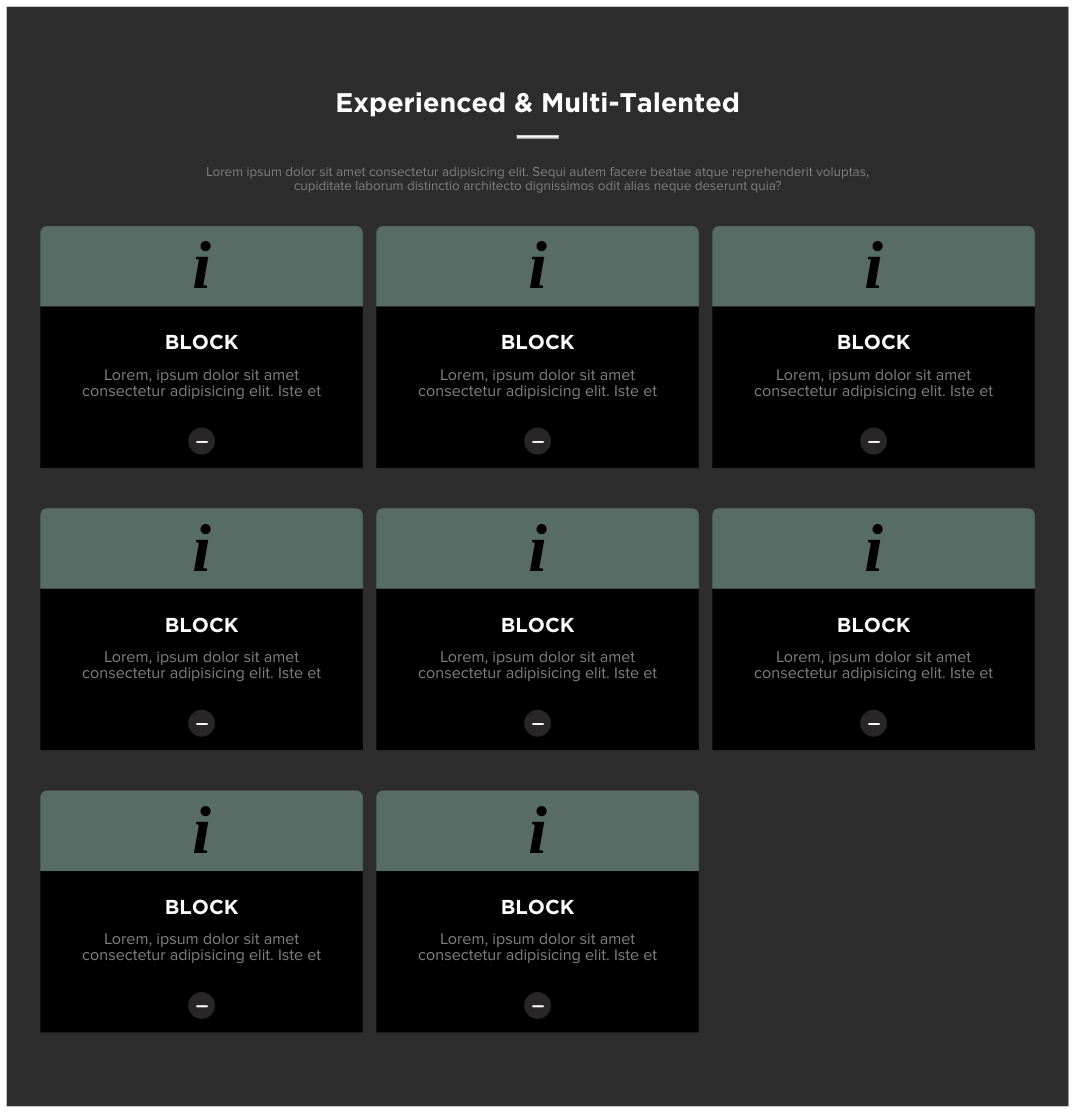
Repository: MohmdMHR/limesharp-test
Page: /
These files come from the project's save history. The page is drawn as it stood at one moment and after the next save; the edit follows.
The browser window is 1280 px wide. The pictures show the whole page, at 84% of full size.
The project was rebuilt for these pictures with package versions that can differ from the ones it lists, and the page was loaded fresh each time. Also part of the build but not shown: vue.config.js.

Above is the page before, as saved 2022-07-20 19:11:13.

### src/main.js
import Vue from "vue";
import Main from "./Main.vue";

Vue.config.productionTip = false;

new Vue({
  render: (h) => h(Main),
}).$mount("#app");

### src/Main.vue
<template>
  <div class="main container">
    <h1 class="main-title">Experienced & Multi-Talented</h1>
    <hr class="spacer" />
    <div class="main-content">
      Lorem ipsum dolor sit amet consectetur adipisicing elit. Sequi autem
      facere beatae atque reprehenderit voluptas, cupiditate laborum distinctio
      architecto dignissimos odit alias neque deserunt quia?
    </div>
    <div class="cards-container">
      <card
        v-for="card in cards"
        :key="card.id"
        :title="card.title"
        :content="card.content"
      ></card>
    </div>
  </div>
</template>

<script>
import Card from "./components/card.vue";
import CardsData from "./dummy/dummyData";

export default {
  name: "App",
  components: {
    Card,
  },
  computed: {
    cards() {
      return CardsData;
    },
  },
};
</script>
<style>
@font-face {
  font-family: "Gotham-Bold";
  src: url("./assets/fonts/Gotham-Bold.ttf");
}
@font-face {
  font-family: "ProximaNova-Regular";
  src: url("./assets/fonts/ProximaNova-Regular.ttf");
}
</style>
<style lang="scss" scoped>
.main {
  padding: 5rem 2rem;
  background-color: rgb(46, 45, 45);
}
.main-title {
  color: white;
  text-align: center;
  font-family: "Gotham-Bold";
  font-size: 2rem;
}
.spacer {
  border-top: solid white;
  width: 3rem;
}
.main-content {
  color: gray;
  text-align: center;
  margin: 1rem 2rem;
  font-family: "ProximaNova-Regular";
  font-size: 1rem;
  width: 50rem;
  margin: 2rem auto;
}
.cards-container {
  display: grid;
  grid-template-columns: repeat(auto-fit, 25rem);
  row-gap: 2rem;
  justify-content: center;
}
</style>

### src/components/card.vue
<template>
  <div>
    <div class="card container">
      <div class="card-banner-img">i</div>
      <div class="card-content">
        <h1 class="card-content-title">{{ title }}</h1>
        <p class="card-content-text" :class="{ collapsed: collapsed }">
          {{ content }}
        </p>
        <div
          class="card-btn"
          :class="{ toggled: collapsed }"
          @click="collapse()"
        ></div>
      </div>
    </div>
  </div>
</template>

<script>
export default {
  name: "SingleCard",
  data() {
    return {
      collapsed: false,
    };
  },
  props: {
    title: {
      type: String,
      Default: "Block",
    },
    content: {
      type: String,
      Default: "",
    },
  },
  methods: {
    collapse() {
      this.collapsed = !this.collapsed;
    },
  },
};
</script>

<style lang="scss" scoped>
.card {
  position: relative;
  margin: 0.5rem;
}
.card-banner-img {
  overflow: hidden;
  background-color: #576c64;
  justify-content: center;
  display: flex;
  align-items: center;
  height: 6rem;
  font-weight: bold;
  font-style: italic;
  font-size: 5rem;
  border-radius: 0.5rem 0.5rem 0 0;
}
.card-content {
  background: black;
  padding: 1rem 2rem;
}
.card-content-title {
  color: white;
  text-transform: uppercase;
  text-align: center;
  font-family: "Gotham-Bold";
  font-size: 1.5rem;
}
.card-content-text {
  color: gray;
  text-align: center;
  height: 2.5rem;
  overflow: hidden;
  margin: 1rem;
  font-family: "ProximaNova-Regular";
  font-size: 1.2rem;
  &.collapsed {
    height: 100%;
    z-index: 1;
  }
}
.card-btn {
  margin: 2rem auto 0;
  cursor: pointer;
  height: 2rem;
  position: relative;
  width: 2rem;
  background: #282626;
  border-radius: 50%;
  &:before,
  &:after {
    background: white;
    top: 1rem;
    left: 0.65rem;
    content: "";
    height: 0.1rem;
    position: absolute;
    width: 0.8rem;
    transition: transform 500ms ease;
  }
  &:after {
    transform-origin: center;
  }
  &.toggled {
    &:after {
      transform: rotate(90deg);
    }
    &:before {
      transform: rotate(180deg);
    }
  }
}
</style>

### src/dummy/dummyData.js
const CardsData = [
  {
    id: 1,
    title: "Block",
    content:
      "Lorem, ipsum dolor sit amet consectetur adipisicing elit. Iste et ullam voluptatibus a molestiae deleniti necessitatibus dolor.",
  },
  {
    id: 2,
    title: "Block",
    content:
      "Lorem, ipsum dolor sit amet consectetur adipisicing elit. Iste et ullam voluptatibus a molestiae deleniti necessitatibus dolor.",
  },
  {
    id: 3,
    title: "Block",
    content:
      "Lorem, ipsum dolor sit amet consectetur adipisicing elit. Iste et ullam voluptatibus a molestiae deleniti necessitatibus dolor.",
  },
  {
    id: 4,
    title: "Block",
    content:
      "Lorem, ipsum dolor sit amet consectetur adipisicing elit. Iste et ullam voluptatibus a molestiae deleniti necessitatibus dolor.",
  },
  {
    id: 5,
    title: "Block",
    content:
      "Lorem, ipsum dolor sit amet consectetur adipisicing elit. Iste et ullam voluptatibus a molestiae deleniti necessitatibus dolor.",
  },
  {
    id: 6,
    title: "Block",
    content:
      "Lorem, ipsum dolor sit amet consectetur adipisicing elit. Iste et ullam voluptatibus a molestiae deleniti necessitatibus dolor.",
  },
  {
    id: 7,
    title: "Block",
    content:
      "Lorem, ipsum dolor sit amet consectetur adipisicing elit. Iste et ullam voluptatibus a molestiae deleniti necessitatibus dolor.",
  },
  {
    id: 8,
    title: "Block",
    content:
      "Lorem, ipsum dolor sit amet consectetur adipisicing elit. Iste et ullam voluptatibus a molestiae deleniti necessitatibus dolor.",
  },
];
export default CardsData;

Loaded but not shown: public/index.html (common file)

After the next save:
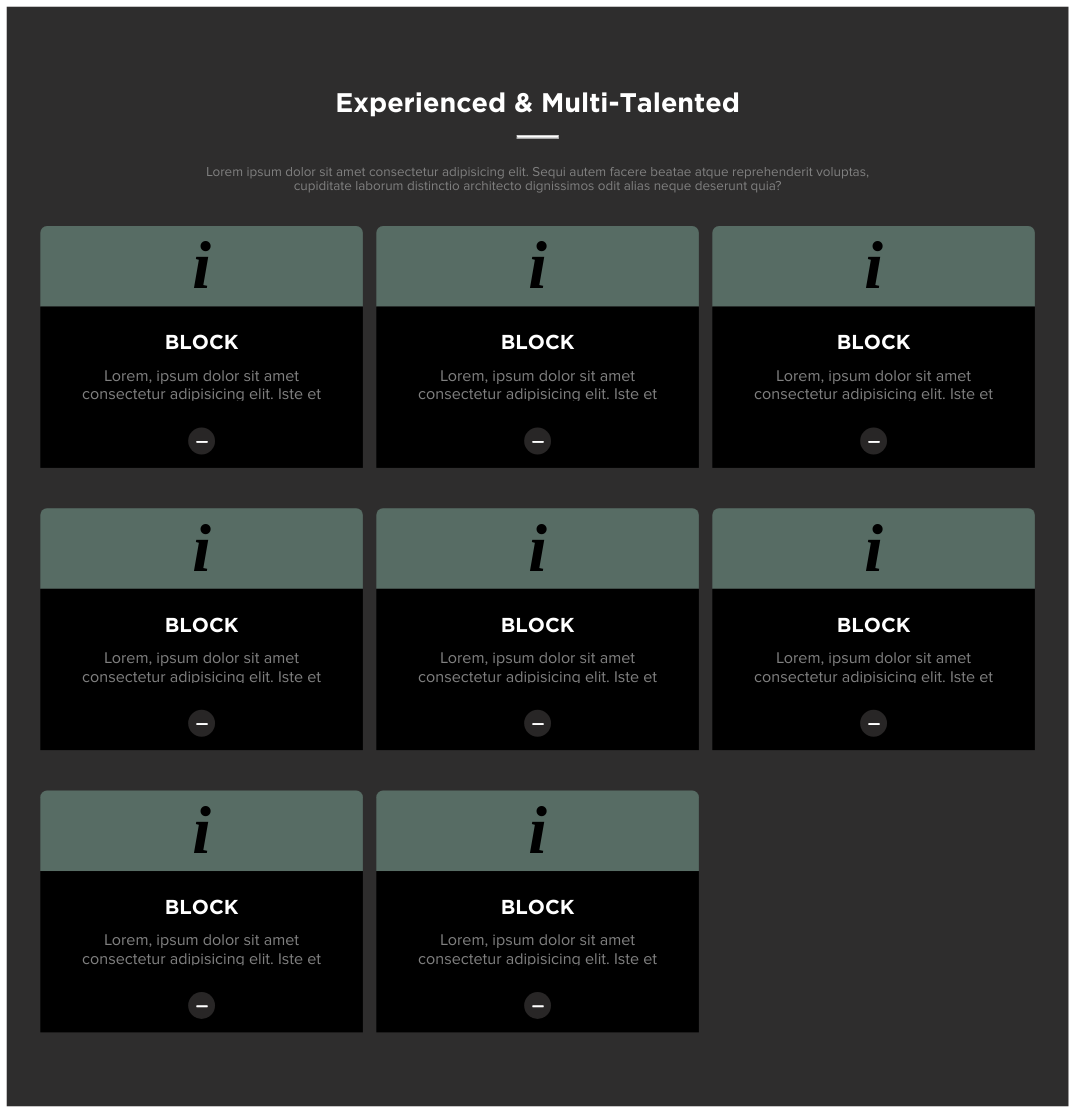
Saved 54 s later.
--- a/src/components/card.vue
+++ b/src/components/card.vue
@@ -79,6 +79,7 @@ export default {
   margin: 1rem;
   font-family: "ProximaNova-Regular";
   font-size: 1.2rem;
+  line-height: 1.4rem;
   &.collapsed {
     height: 100%;
     z-index: 1;
